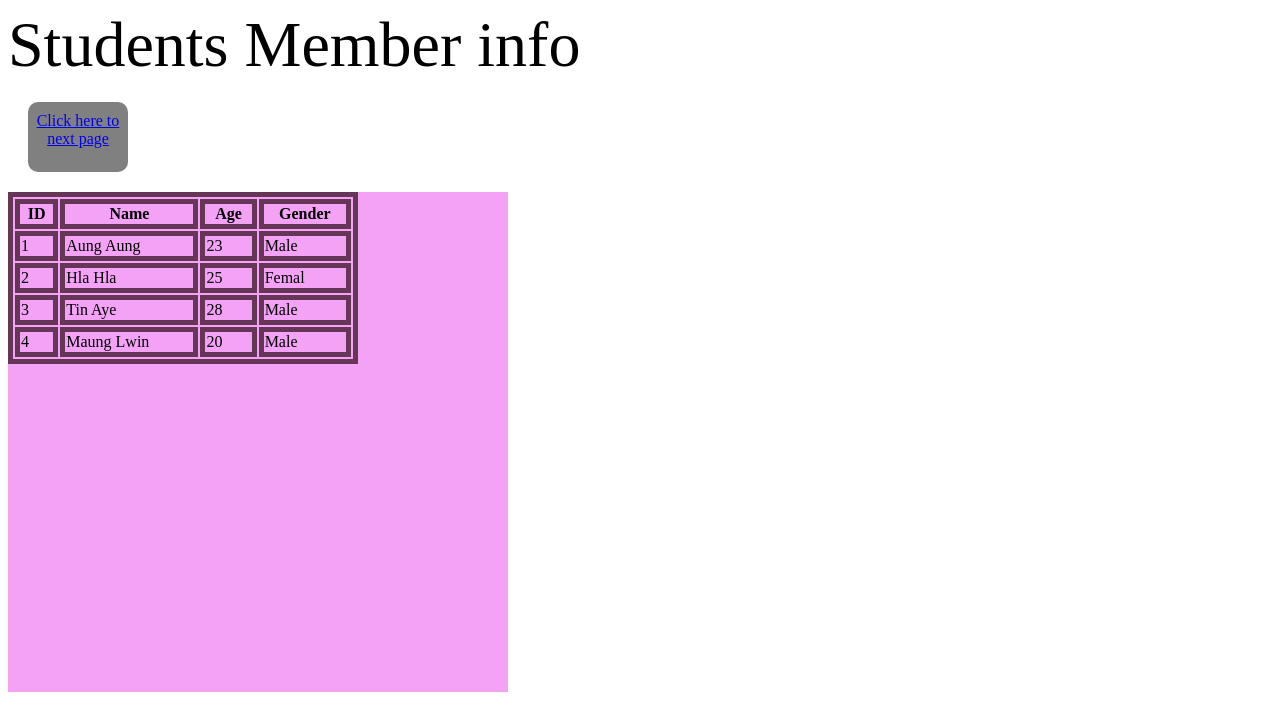
Repository: ThantLwinSoe/Servlet
Page: 01-Communication/src/main/webapp/index.html
The author's editor kept a copy of each file at every save. The page is drawn from the files as they stood at one save, then again after the next save.
The browser window is 1280 px wide. The pictures show the whole page.

Above is the page before, as saved 2023-02-07 03:01:35.

### 01-Communication/src/main/webapp/index.html
<!DOCTYPE html>
<html>
<head>
<meta charset="UTF-8">
<style>
h {
	font-size: 4em;
}
.d_link {

	margin: 20px;
	padding-top: 10px;
	width: 100px;
	height: 60px;
	border-radius: 10px;
	background: gray;
	text-align: center;
}
.st_info {
	margin-top: 20px;
	width: 500px;
	height: 500px;
	background: #F4A2F6;
}
.table_one,th,td {
	border: 5px solid #663656;

}
</style>
<title>Servlet Communication</title>
</head>
<body>
	<h>Students Member info</h>
	<div class="d_link">
		<a href="hello">Click here to next page</a>
	</div>
	<div class="st_info">
		<table class="table_one" width="70%">
			<thead>
				<tr>
					<th>ID</th>
					<th>Name</th>
					<th>Age</th>
					<th>Gender</th>
				</tr>
			</thead>
			<tbody>
				<tr>
					<td>1</td>
					<td>Aung Aung</td>
					<td>23</td>
					<td>Male</td>
				</tr>
				<tr>
					<td>2</td>
					<td>Hla Hla</td>
					<td>25</td>
					<td>Femal</td>
				</tr>
				<tr>
					<td>3</td>
					<td>Tin Aye</td>
					<td>28</td>
					<td>Male</td>
				</tr>
				<tr>
					<td>4</td>
					<td>Maung Lwin</td>
					<td>20</td>
					<td>Male</td>
				</tr>
			</tbody>
		</table>
	</div>
</body>
</html>

After the next save:
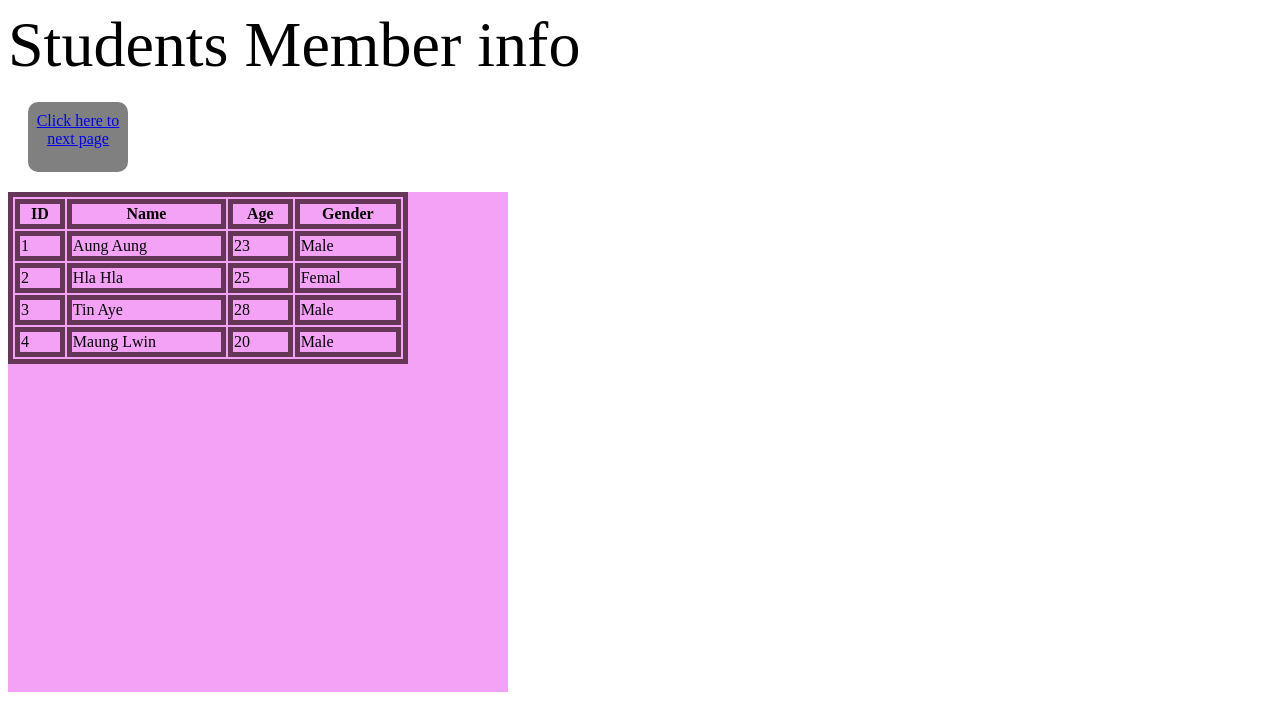
Saved 10 s later.
--- a/01-Communication/src/main/webapp/index.html
+++ b/01-Communication/src/main/webapp/index.html
@@ -35,7 +35,7 @@ h {
 		<a href="hello">Click here to next page</a>
 	</div>
 	<div class="st_info">
-		<table class="table_one" width="70%">
+		<table class="table_one" width="80%">
 			<thead>
 				<tr>
 					<th>ID</th>
